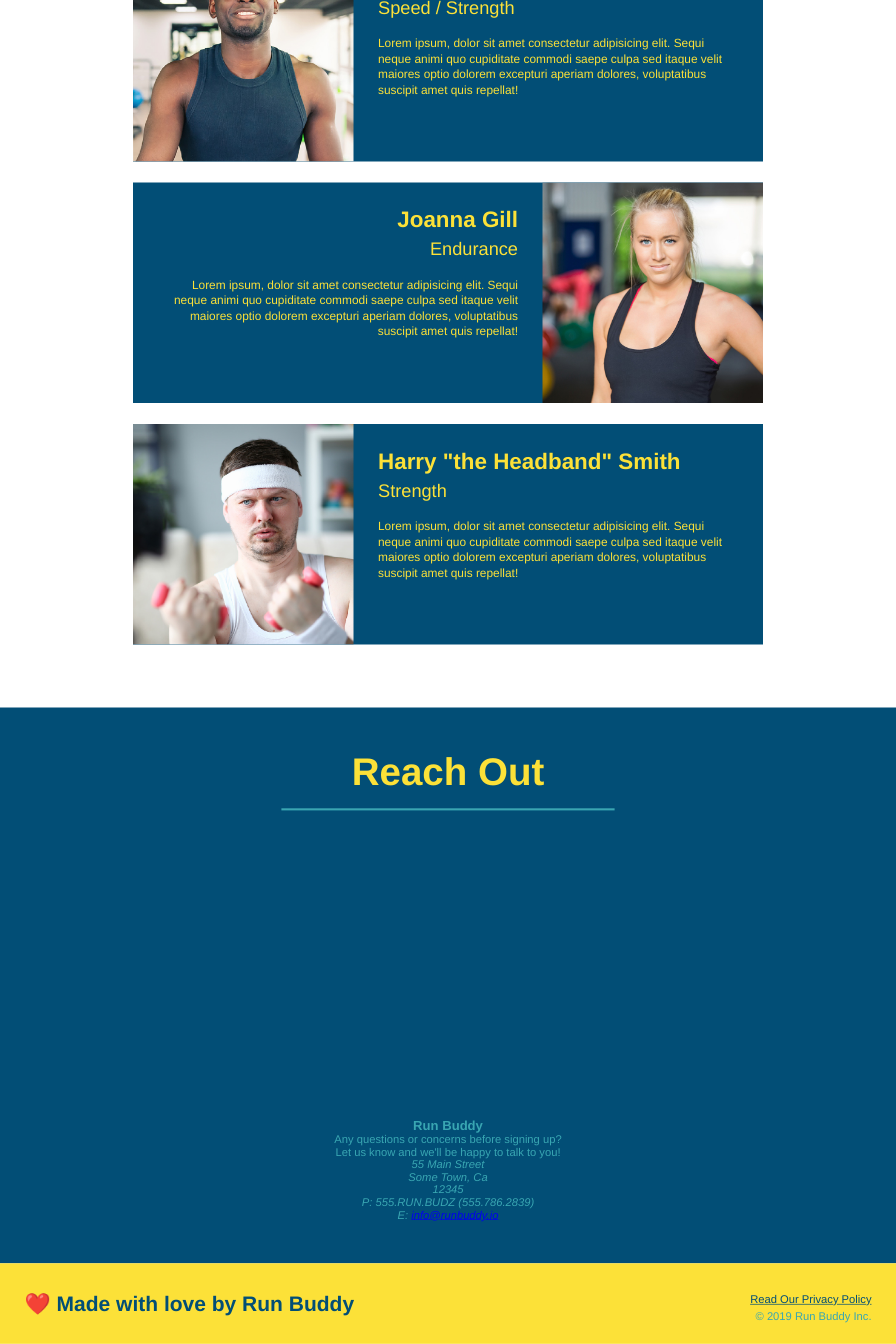
Repository: symlara/run-buddy
Page: index.html
These files come from the project's save history. The page is drawn as it stood at one moment and after a run of saves; the edit follows.
The browser window is 1280 px wide. The pictures show the part of the page from y = 2524 to 4444 px (the page is 4444 px tall before and 4117 px after), at 70% of full size.
Pictures or frames that could not be fetched are drawn as grey boxes.

Above is the page before, as saved 2020-12-10 15:59:26.

### index.html
<!DOCTYPE html>
<html lang="en">
    <head>
        <link rel="stylesheet" href="./assets/css/style.css" />
        <meta charset="UTF-8"/>
        <title>Run Buddy</title>
    </head>
    <body>
        <!-- navigation -->
        <header>
        <a href="/"><h1>RUN BUDDY</h1></a>
        <nav>
            <!-- Unordered list element -->
            <ul>
                <!-- List item element -->
                <li>
                    <!-- Anchor Element -->
                    <a href="#what-we-do">What We Do</a>
                </li>
                <li>
                    <a href="#what-you-do">What You Do</a>
                </li>
                <li>
                    <a href="#your-trainers">Your Trainers</a>
                </li>
                <li>
                    <a href="#reach-out">Reach Out</a>
                </li>
            </ul>
        </nav>
        </header>

        <!-- hero section -->
        <section class="hero">
        <div class="hero-form">
            <h3>Get Started Today</h3>
            <p>Fill out this form and one of our trainers will schedule a consult</p>
            <!-- Add form elements -->
            <form>
                <label for="name">Enter full name:</label>
                <input type="text" placeholder="Your Name" name="name" id="name" class="form-input" />
                <label for="email">Enter Email Address:</label>
                <input type="email" placeholder="Email Address" name="email" id="email" class="form-input" />
                <label for="phone">Enter a telephone number</label>
                <input type="tel" placeholder="Phone Number" name="phone" id="phone" class="form-input" />
                <p>
                    Have you worked out with a trainer before?
                    <input type="radio" name="trainer-confirm" id="trainer-yes" />
                    <label for="trainer-yes">Yes</label>
                    <input type="radio" name="trainer-confirm" id="trainer-no" />
                    <label for="trainer-no">No</label>
                </p>
                <p>
                    <label for="checkbox">
                    I acknowledge that I am at least 18 years of age.
                    </label>
                    <input type="checkbox" name="age-confirm" id="checkbox" />
                </p>
                <button type="submit">
                    Get running!
                </button>
            </form>
        </div>
    </section>
    <!-- end hero -->

        <!-- hero/jumbotron -->
        <section></section>

        <!-- "what we do" section -->
        <section id="what-we-do" class="intro">
            <h2 class="section-title primary-border">What We Do</h2>
            <p>
                butcher selfies chambray shabby chic gentrify readymade yr Echo Park XOXO Tumblr normcore Banksy direct trade Blue Bottle chillwave you probably haven't heard of them single-origin coffee Vice fanny pack fixie Odd Future Austin fingerstache pickled twee synth Wes Anderson Thundercats viral bitters flannel meggings narwhal Marfa Schlitz sustainable Intelligentsia umami deep v craft
            </p>
        </section>

        <!-- "what you do" section -->
        <section id="what-you-do" class="steps">
            <h2 class="section-title secondary-border">What You Do</h2>

            <div>
                <!-- insert this img element -->
                <img src="./assets/images/step-1.svg" alt="" />
                <h3>Step 1: <span>Fill Out the Form Above.</span></h3>
                <p>You're already here, so why not?</p>
            </div>

            <div>
                <!-- insert this img element -->
                <img src="./assets/images/step-2.svg" alt="" />
                <h3>Step 2: <span>Consult with One of Our Trainers.</span></h3>
                <p>Are you here to build muscle, lose weight, or just feel good?</p>
            </div>

            <div>
                <!-- insert this img element -->
                <img src="./assets/images/step-3.svg" alt="" />
                <h3>Step 3: <span>Get Running</span></h3>
                <p>Hit the ground running (literally) once your trainer lays out your plan</p>
            </div>

            <div>
                <!-- insert this img element -->
                <img src="./assets/images/step-4.svg" alt="" />
                <h3>Step 4: <span>See Results</span></h3>
                <p>Bi-Weekly checkins with your trainer will keep you focused</p>
            </div>
        </section>

        <!-- "meet the trainers" section -->
        <section id="your-trainers" class="trainers">
            <h2 class="section-title primary-border">Meet The Trainers

            </h2>

            <!-- first trainer bio -->
            <article class="trainer">
                <img src="./assets/images/trainer-1.jpg" alt="Arron Stephens in his workout clothes, ready to pump iron" />
                <div class="trainer-bio text-left">
                    <h3>Arron Stephens</h3>
                    <h4>Speed / Strength</h4>
                    <p>
                        Lorem ipsum, dolor sit amet consectetur adipisicing elit. Sequi neque animi quo cupiditate commodi saepe culpa sed
                        itaque velit maiores optio dolorem excepturi aperiam dolores, voluptatibus suscipit amet quis repellat!
                    </p>
                </div>
            </article>
            <!-- first trainer end -->

            <!--second trainer bio -->
            <article class="trainer">
                <div class="trainer-bio text-right">
                    <h3>Joanna Gill</h3>
                    <h4>Endurance</h4>
                    <p>
                        Lorem ipsum, dolor sit amet consectetur adipisicing elit. Sequi neque animi quo cupiditate commodi saepe culpa sed
                        itaque velit maiores optio dolorem excepturi aperiam dolores, voluptatibus suscipit amet quis repellat!
                    </p>
                </div>
                <img src="./assets/images/trainer-2.jpg" alt="Joanna Gill cooling off after a workout" />
            </article>
            <!-- second trainer end-->

            <!-- third trainer bio -->
            <article class="trainer">
                <img src="./assets/images/trainer-3.jpg" alt="Harry Smith wearing a headband and lifting comically small pink weights" />
                <div class="trainer-bio text-left">
                    <h3>Harry "the Headband" Smith</h3>
                    <h4>Strength</h4>
                    <p>
                        Lorem ipsum, dolor sit amet consectetur adipisicing elit. Sequi neque animi quo cupiditate commodi saepe culpa sed
                        itaque velit maiores optio dolorem excepturi aperiam dolores, voluptatibus suscipit amet quis repellat!
                    </p>
                </div>
            </article>
            <!-- third trainer end -->
        </section>

        <!-- "reach out" section -->
        <section id="reach-out" class="contact">
            <h2 class="section-title secondary-border">Reach Out</h2>
            <div class="contact-info">
                <iframe src="https://www.google.com/maps/embed?pb=!1m18!1m12!1m3!1d3221.7111422227936!2d-86.80586308470178!3d36.14924591176938!2m3!1f0!2f0!3f0!3m2!1i1024!2i768!4f13.1!3m3!1m2!1s0x886466bdcf68adc5%3A0x468be65e4a8f7eb1!2s2201%20West%20End%20Ave%2C%20Nashville%2C%20TN%2037212!5e0!3m2!1sen!2sus!4v1607634799030!5m2!1sen!2sus"
                    frameborder="0"
                    height="400"
                    width="400"
                    style="border: 0"
                    allowfullscreen
                >
                </iframe>
            </div>

            <div>
                <h3>Run Buddy</h3>
                <p>
                    Any questions or concerns before signing up?
                    <br />
                    Let us know and we'll be happy to talk to you!
                </p>
                <address>
                    55 Main Street <br />
                    Some Town, Ca <br />
                    12345<br />
                    P: 555.RUN.BUDZ (555.786.2839)<br />
                    E: <a href="mailto:info@runbuddy.io">info@runbuddy.io</a>
                </address>
            </div>
        </section>

        <!-- footer -->
        <footer>
            <h2>❤️ Made with love by Run Buddy</h2>
            <div>
                <a href="#">Read Our Privacy Policy</a><br />
                &copy; 2019 Run Buddy Inc.
            </div>
        </footer>
    </body>

    </html>

### assets/css/style.css
* {
    margin: 0;
    padding: 0;
    box-sizing: border-box;
}


body {
    /* more on this crazy alphanumerical value in a minute */
    color: #39a6b2;
    font-family: Helvetica, Arial, sans-serif;
}

/* apply styles to header */
header {
    padding: 20px 35px;
    background-color: #39a6b2;
}

header h1 {
    font-weight: bold;
    font-size: 36px;
    color: #fce138;
    margin: 0;
    display: inline;
}

header a {
    text-decoration: none;
    color: #fce138;
}

header nav {
    float: right;
    margin: 7px 0;
}

header nav ul li {
    display: inline;
}

header nav ul li a {
    margin: 0 30px;
    font-weight: lighter;
    font-size: 22px;
}

footer {
    background: #fce138;
    width: 100%;
    padding: 40px 35px;
  }

footer h2 {
    display: inline;
    color: #024e76;
    font-size: 30px;
    margin: 0;
}

footer div {
    float: right;
    line-height: 1.5;
    text-align: right;
}

footer a {
    color: #024e76;
}

section {
    padding: 60px;
}

/* Hero Style Start */
.hero {
    background-image: url("../images/hero-bg.jpg");
    height: 600px;
    background-size: cover;
    background-position: center;
    position: relative;
}
/*The height property fixed at 600px gives an exact size of the section, which is important in this context to allow room for the sign-up form.*/


.hero-form {
    border: solid 3px #024e76;
    background-color: #fce138;
    padding: 20px;
    width: 500px;
    color: #024e76;
    position: absolute;
    bottom: 120px;
    right: 140px;
}

.hero-form h3 {
    font-size: 24px;
    margin: 0;
}

.hero-form p {
    margin: 5px 0 15px 0;
}

.form-input {
    border: 1px solid #024e76;
    display: block;
    padding: 7px 15px;
    font-size: 16px;
    color: #024e76;
    width: 100%;
    margin-bottom: 15px;
}

.hero-form label {
    margin: 0 5px;
}

.hero-form button {
    color: #fce138;
    background-color: #024e76;
    border: none;
    padding: 10px 20px;
    font-size: 16px;
}
/* Hero Style End */

/*What We Do Section */
.intro {
    text-align: center;
}

.intro p {
    line-height: 1.7;
    color: #39a6b2;
    width: 80%;
    font-size: 20px;
    margin: 0 auto;
}

/*What We Do End*/

.section-title {
    display: inline-block;
    font-size: 55px;
    color: #024e76;
    margin-bottom: 35px;
    padding: 0 100px 20px 100px;
    border-bottom: 3px solid;
}

.primary-border {
    border-color: #fce138;
}

.secondary-border {
    border-color: #39a6b2;
}

/* What You Do Section */
.steps {
    text-align: center;
    background: #fce138;
}

.steps div {
    margin-bottom: 80px;
}

.steps img {
    width: 15px;
    margin: 10px 0;
}

.steps h3 {
    color: #024e76;
    font-size: 46px;
    margin-top: 10px;
}

.steps p {
    color: #39a6b2;
    font-size: 23px;
}

.steps span {
    font-size: 38px;
}


/* What You Do End */

/* Your Trainers Section */
.trainers {
    text-align: center;
}

.trainer {
    width: 900px;
    margin: 0 auto 30px auto;
    background: #024e76;
    color: #fce138;
    overflow: auto;
}

.trainer img {
    width: 35%;
    float: left;
}

.trainer-bio {
    padding: 35px;
    float: left;
    width: 65%;
}

.text-left {
    text-align: left;
}

.text-right {
    text-align: right;
}

.trainer-bio h3 {
    font-size: 32px;
    margin-bottom: 8px;
}

.trainer-bio h4 {
    font-weight: lighter;
    font-size: 26px;
    margin-bottom: 25px;
}

.trainer-bio p {
    font-size: 17px;
    line-height: 1.3;
}
/* Your Trainers Section End */

/* Reach Out Info Section*/
.contact {
    text-align: center;
    background: #024e76;
}

.contact h2 {
    color: #fce138;
}

.contact-info iframe {
    width: 400px;
    height: 400px;
}

.contact-info iframe {
    float
}

After the next 4 saves:
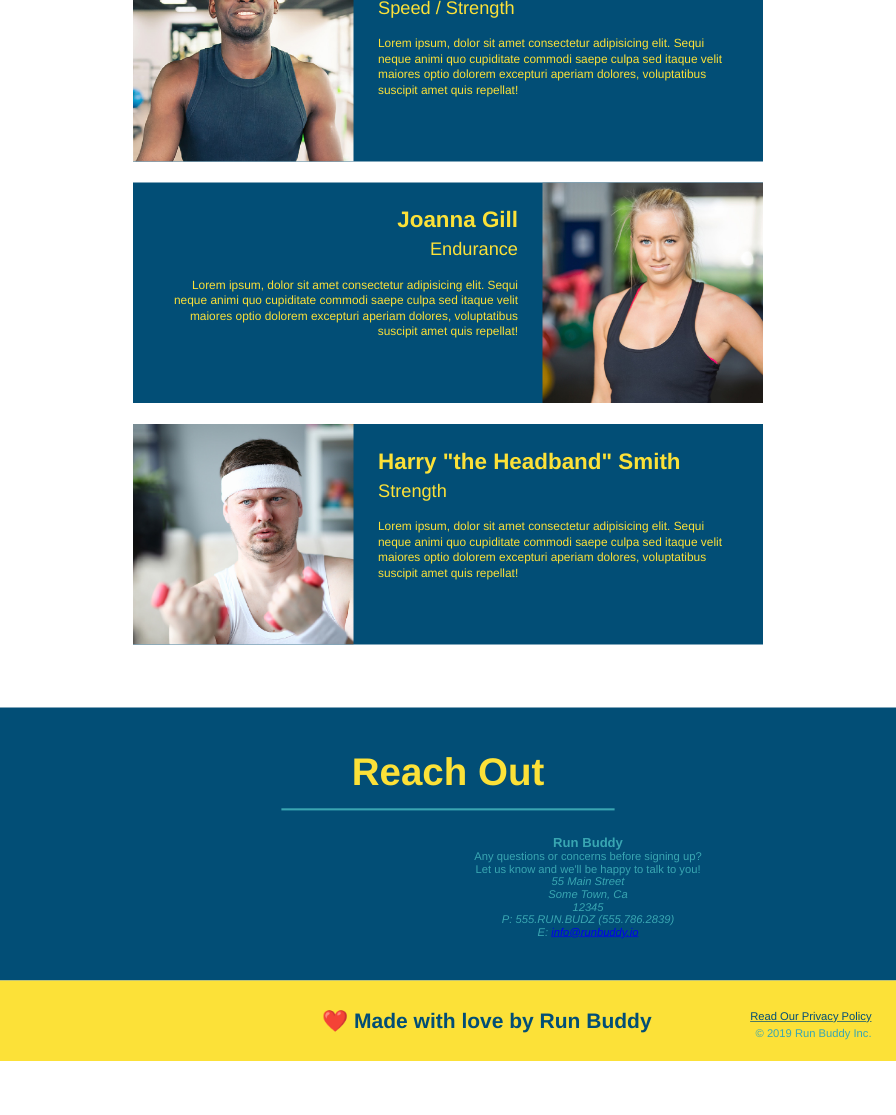
The 4 saves are shown as one change because they came seconds apart.
The last was saved 16 s later.
--- a/assets/css/style.css
+++ b/assets/css/style.css
@@ -255,6 +255,6 @@
     height: 400px;
 }
 
-.contact-info iframe {
-    float
-}
+.contact-info iframe  {
+    float: left;
+}

After the save that followed:
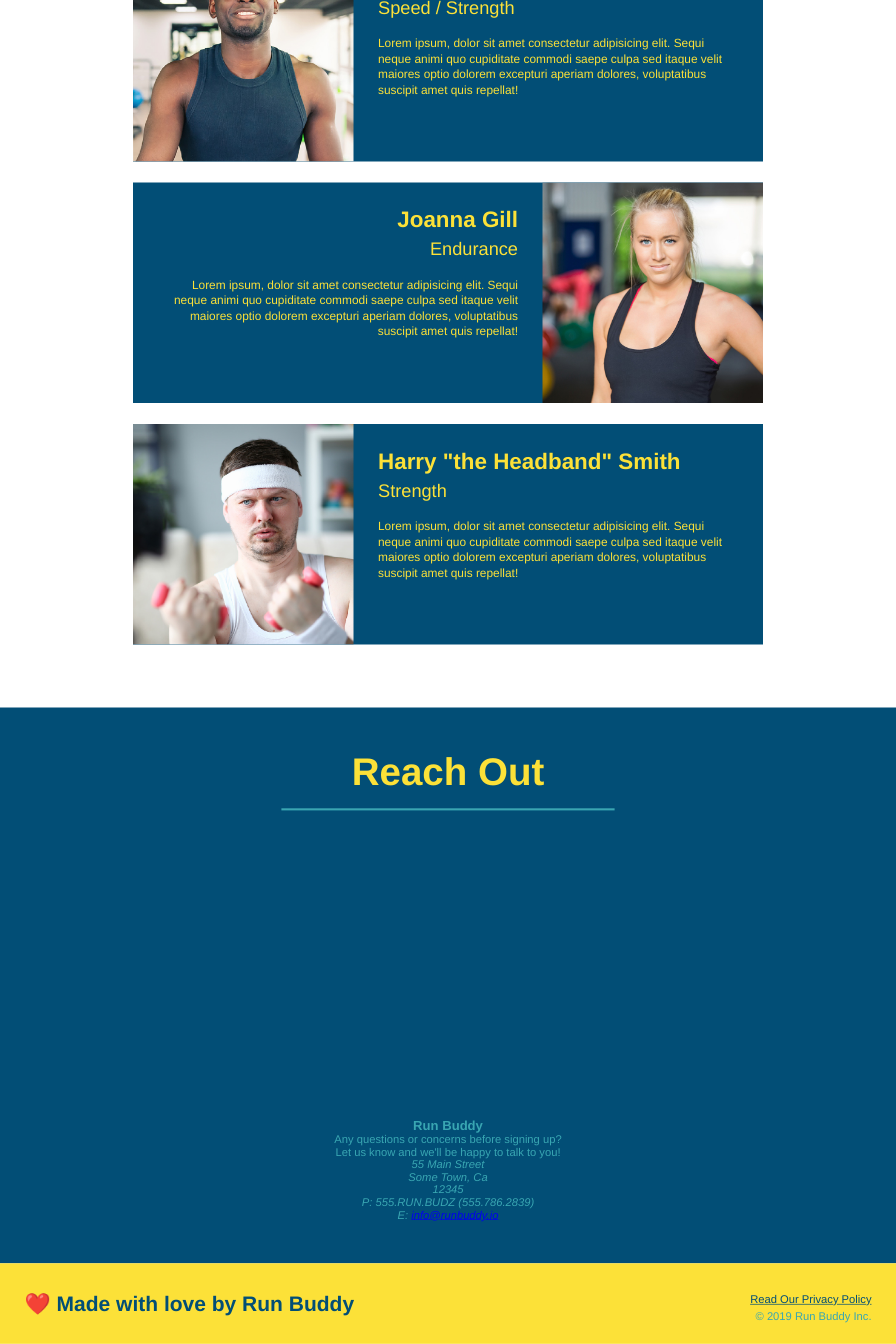
Saved 9 s later.
--- a/assets/css/style.css
+++ b/assets/css/style.css
@@ -256,5 +256,5 @@
 }
 
 .contact-info iframe  {
-    float: left;
-}
+    float: clear;
+}
